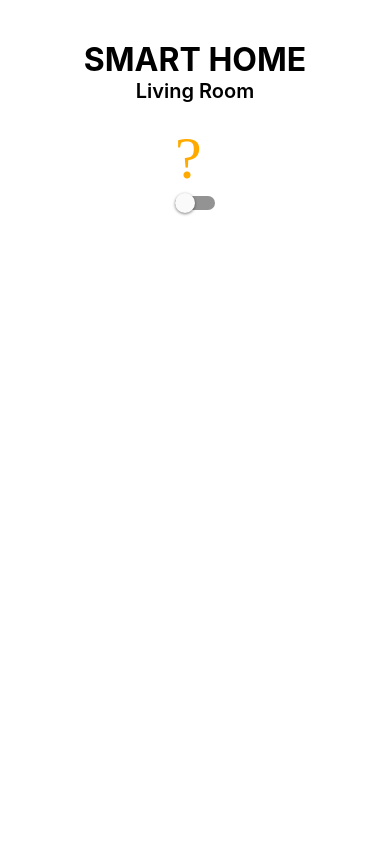
Repository: NQD2308/CNTT3
Screen: / (app in Week 5/home work/ListThietBi/)
These files come from the project's save history. The screen is drawn as it stood at one moment and after a run of saves; the edit follows.
The app was drawn by React Native's web renderer in a window 390 px wide. The project was rebuilt for these pictures with package versions that can differ from the ones it lists, and the page was loaded fresh each time.

Above is the screen before, as saved 2024-04-11 22:33:55.

### Week 5/home work/ListThietBi/App.js
import { StatusBar } from 'expo-status-bar';
import { StyleSheet, Text, View, Switch } from 'react-native';
import F5Icon from 'react-native-vector-icons/FontAwesome5';

export default function App() {
  return (
    <View style={styles.container}>
      <StatusBar style="auto" backgroundColor="gray"/>
      <Text style={styles.headerText}>SMART HOME</Text>
      <Text style={styles.headerLittleText}>Living Room</Text>
      <View>
        <View>
        <F5Icon name="v" size={60} color={'#ffaa00'} />
        </View>
        <Switch/>
      </View>
    </View>
  );
}

const styles = StyleSheet.create({
  container: {
    flex: 1,
    backgroundColor: '#fff',
    alignItems: 'center',
    marginTop: 40
  },
  headerText: {
    fontSize: 32,
    fontWeight: 'bold'
  },
  headerLittleText: {
    fontSize: 20,
    fontWeight: '600',
    marginBottom: 20
  },
});

After the next 3 saves:
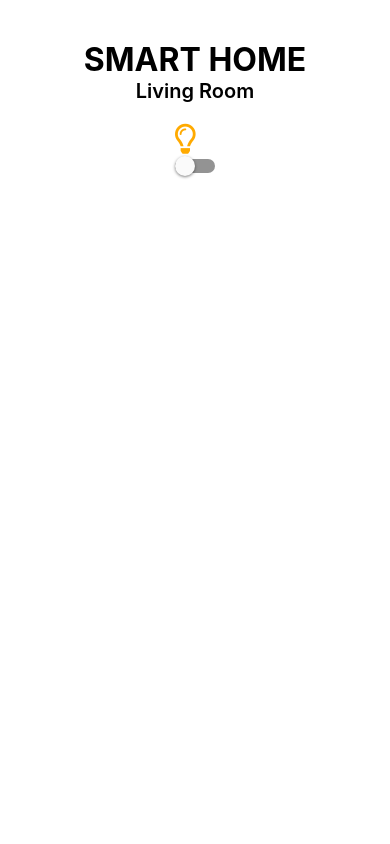
The 3 saves are shown as one change because they came seconds apart.
The last was saved 29 s later.
--- a/Week 5/home work/ListThietBi/App.js
+++ b/Week 5/home work/ListThietBi/App.js
@@ -10,7 +10,8 @@ export default function App() {
       <Text style={styles.headerLittleText}>Living Room</Text>
       <View>
         <View>
-        <F5Icon name="v" size={60} color={'#ffaa00'} />
+        <F5Icon name="lightbulb" size={30} color={'#ffaa00'} />
+
         </View>
         <Switch/>
       </View>
